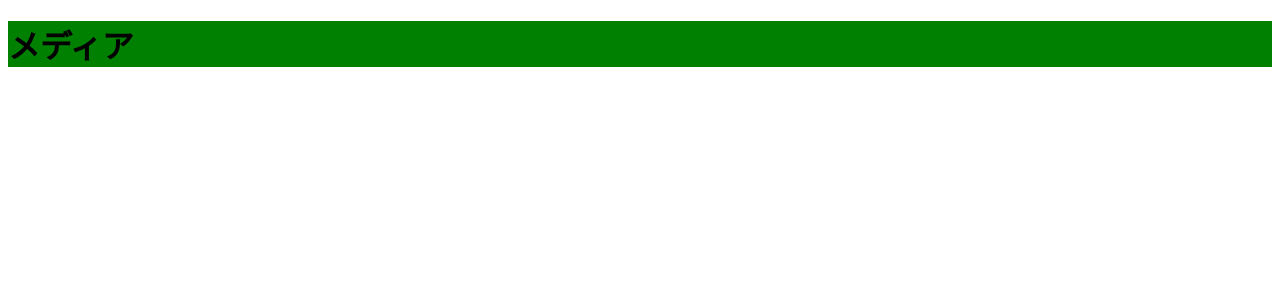
Repository: haruki1008/samurai_HTML-CSS
Page: sub3.html
The author's editor kept a record of every edit. The page is drawn from the files as they stood at one moment, then again after the next edit.
The browser window is 1280 px wide. The pictures show the whole page.

Above is the page before.

After the next edit:
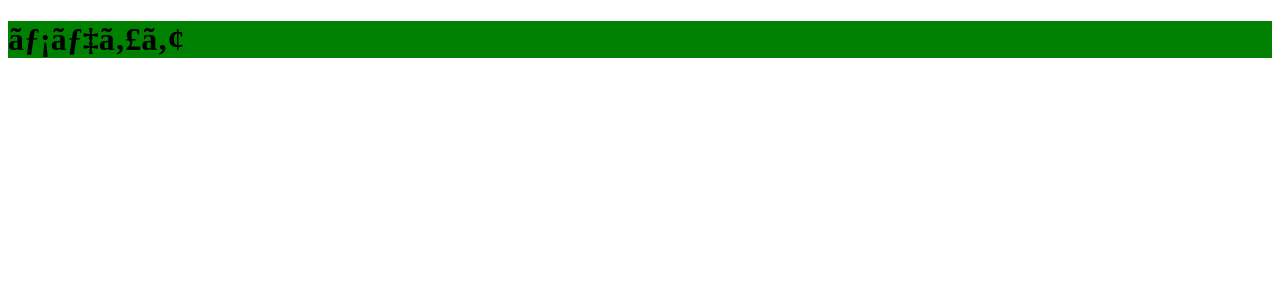
The edit:
--- a/sub3.html
+++ b/sub3.html
@@ -1,7 +1,7 @@
 <!DOCTYPE html>
 <html lang="ja">
     <head>
-        <meta name="viewport" content="width=device-width, initial-scale=1">
+        <meta charset="UTF=8" name="viewport" content="width=device-width, initial-scale=1">
         <style>
             .media {
                 background-color: blue;
